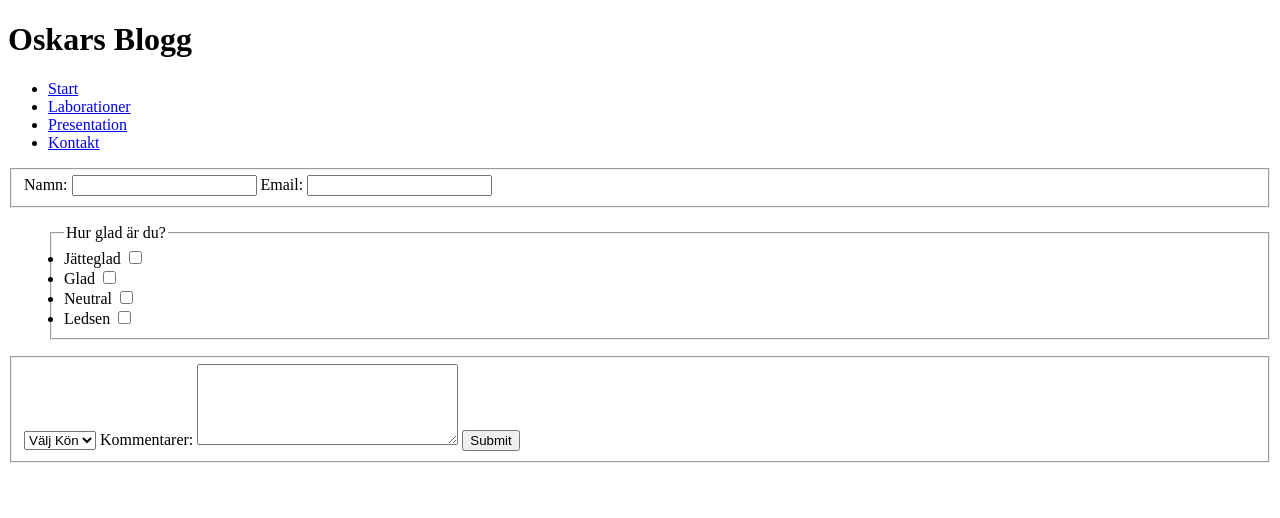
Repository: oe222bu/1ik415-laborationer
Page: Pages/kontakt.html
The author's editor kept a record of every edit. The page is drawn from the files as they stood at one moment, then again after the next edit.
The browser window is 1280 px wide. The pictures show the whole page.

Above is the page before.

After the next edit:
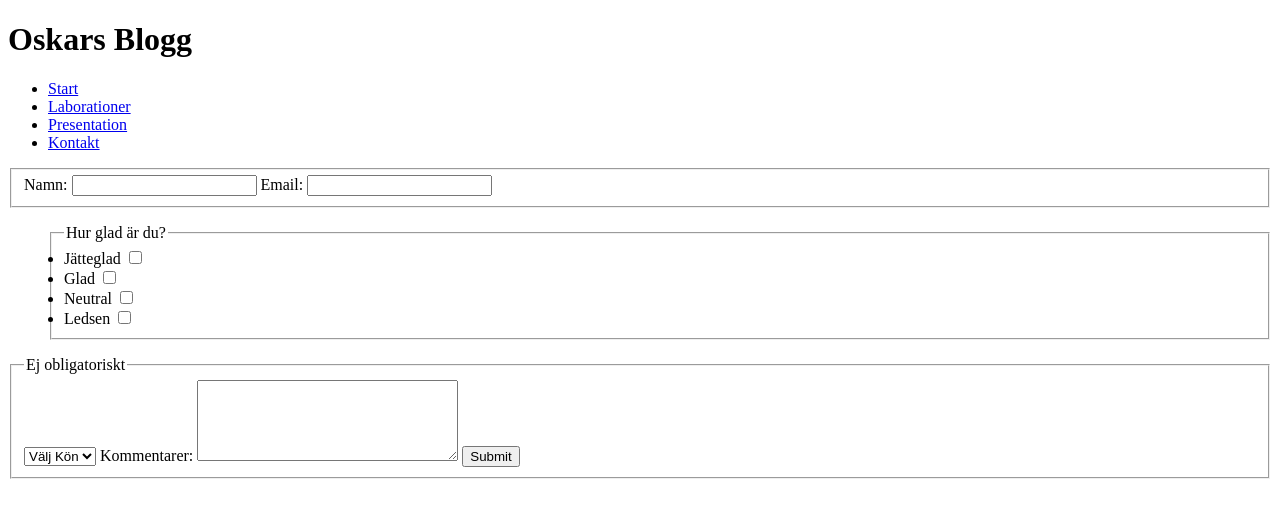
The edit:
--- a/Pages/kontakt.html
+++ b/Pages/kontakt.html
@@ -31,7 +31,7 @@
 <li><label for="Ledsen">Ledsen</label> <input type="checkbox" name="Ledsen" id="Ledsen" value="Ledsen"></li>
 </ul></fieldset>
 <fieldset>
-
+            <legend>Ej obligatoriskt</legend>
           <label for="Kön"></label>
           <select name="Kön" id="Kön">
           <option value="Kön">Välj Kön</option>
